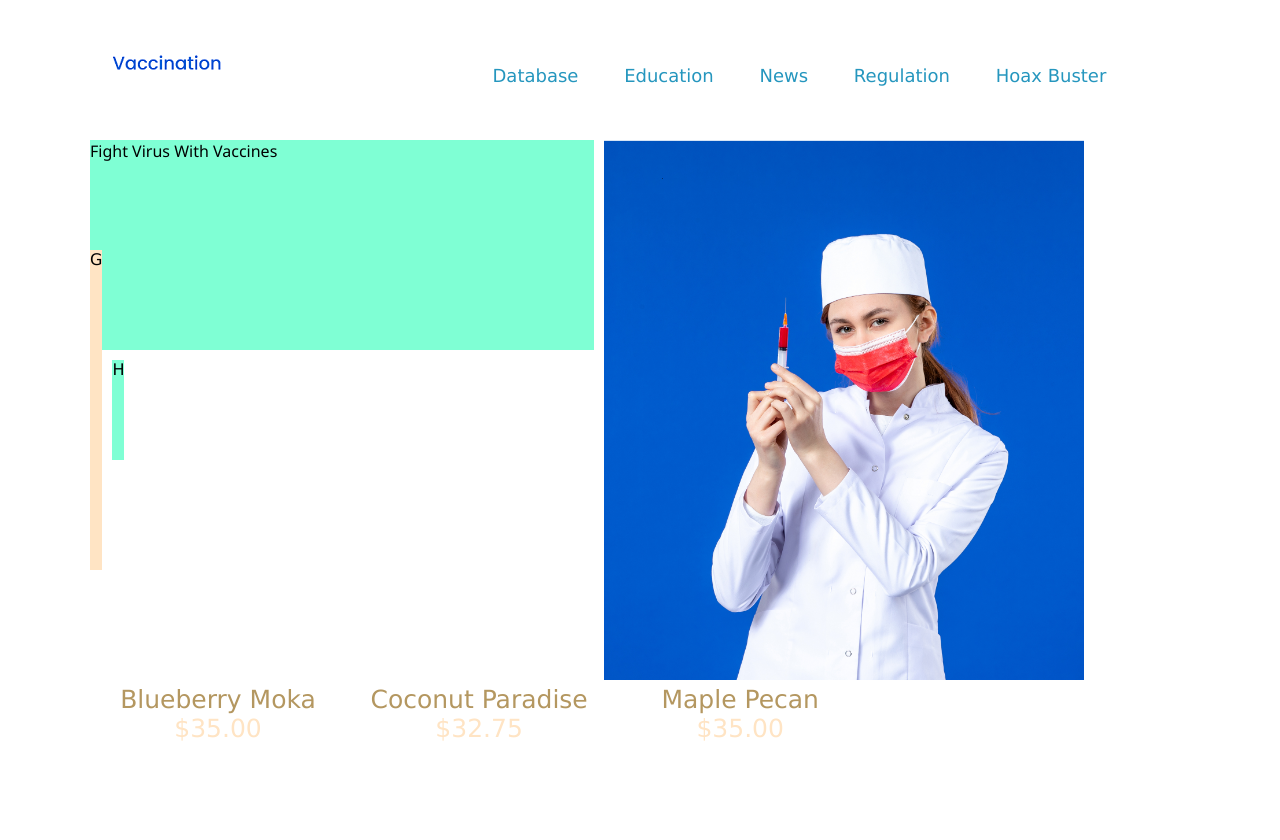
Repository: roge64/cssfrontend
Page: index.html
These files come from the project's save history. The page is drawn as it stood at one moment and after the next save; the edit follows.
The browser window is 1280 px wide. The pictures show the part of the page from y = 0 to 840 px (the page is 2133 px tall).
A picture or video elsewhere on the page could not be fetched, so the positions and the page height are approximate.

Above is the page before, as saved 2022-03-10 11:13:43.

After the next save:
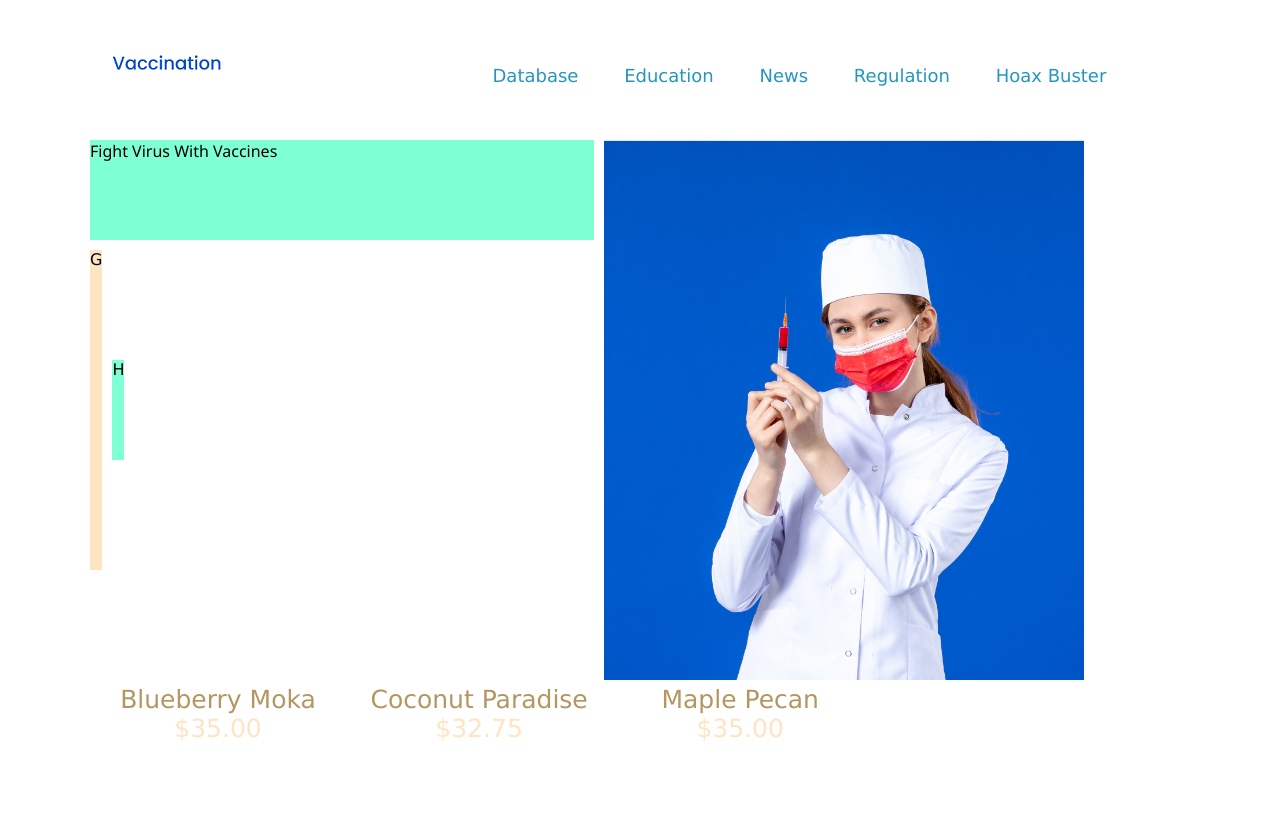
Saved 22 s later.
--- a/estilos/estilos.css
+++ b/estilos/estilos.css
@@ -264,7 +264,7 @@
 
   .e {
     grid-column: 1 / 50;
-    grid-row: 1 / 3;
+    grid-row: 1 / 2;
     background-color:aquamarine;
     font-family: 'Segoe UI', Tahoma, Geneva, Verdana, sans-serif;
   }

After the save that followed:
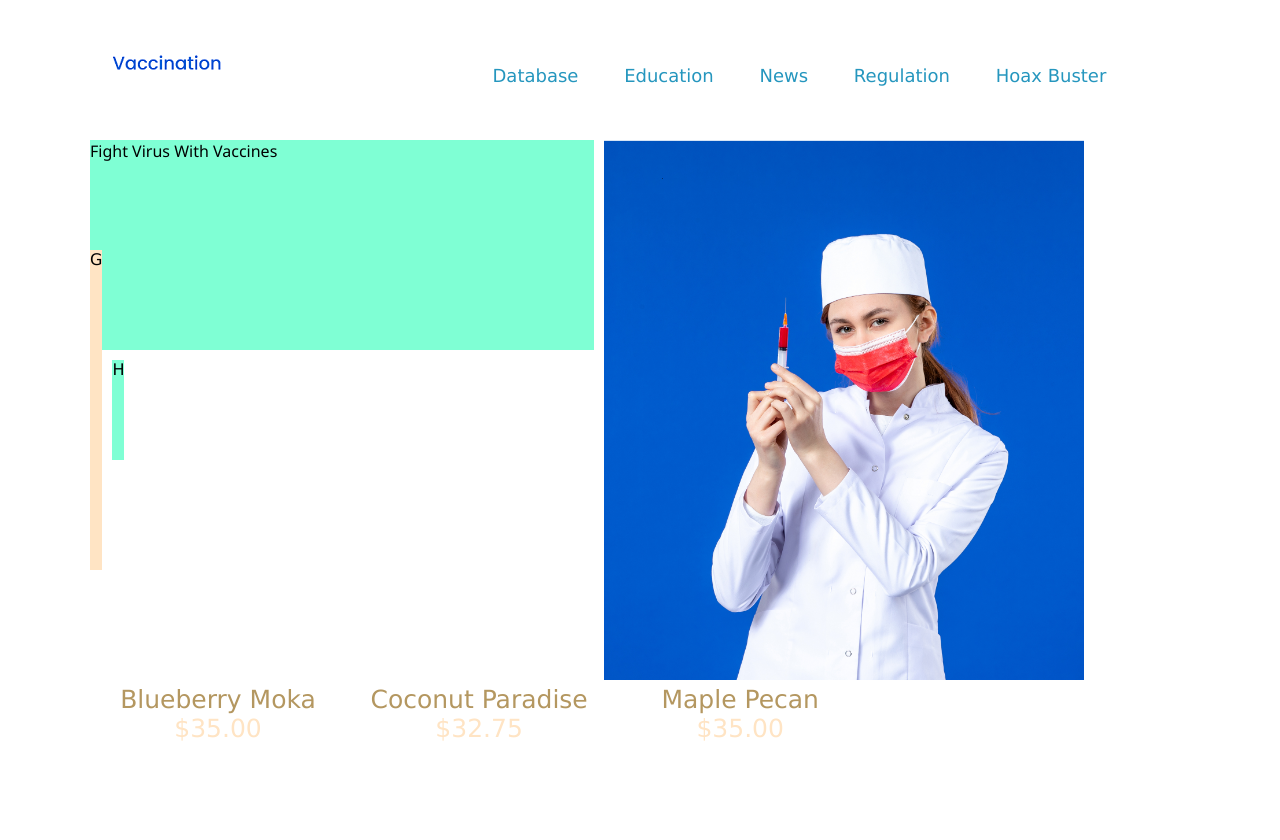
Saved 5 s later.
--- a/estilos/estilos.css
+++ b/estilos/estilos.css
@@ -264,7 +264,7 @@
 
   .e {
     grid-column: 1 / 50;
-    grid-row: 1 / 2;
+    grid-row: 1 / 3;
     background-color:aquamarine;
     font-family: 'Segoe UI', Tahoma, Geneva, Verdana, sans-serif;
   }
